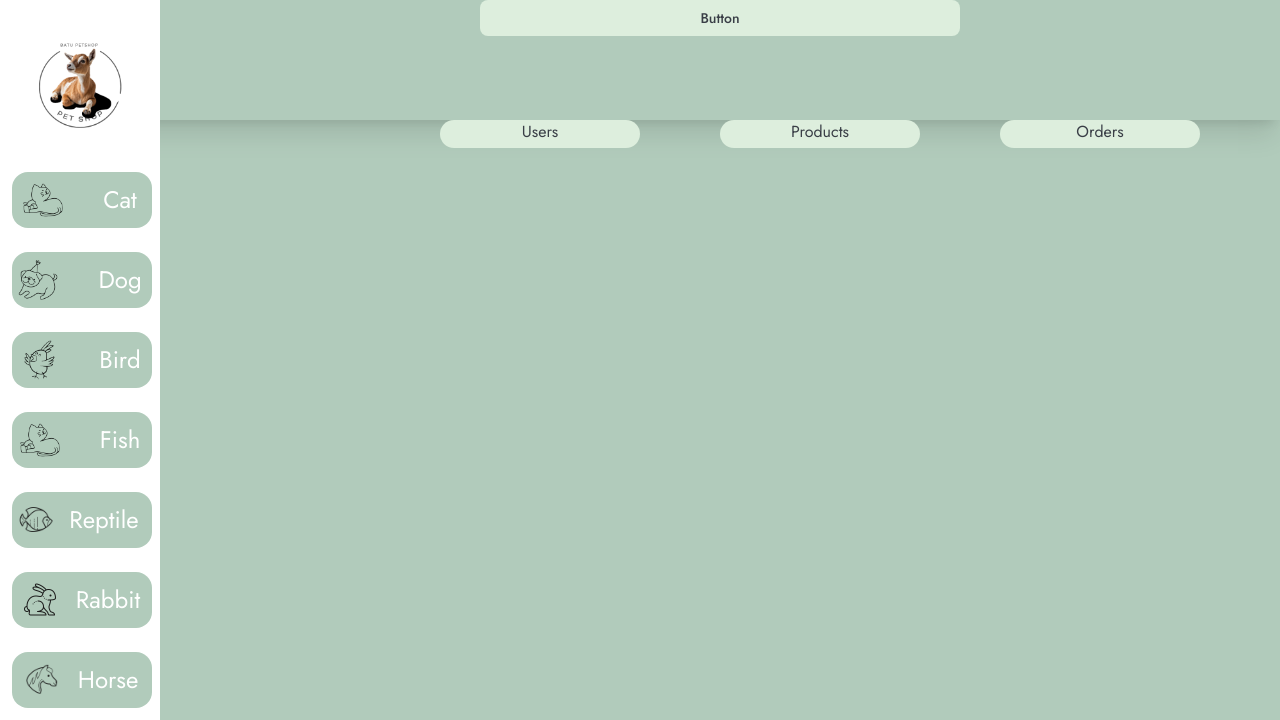
Repository: batu-call/batu-petshop
Page: /main (app in petshopp-appAdmin/admin/)
These files come from the project's save history. The page is drawn as it stood at one moment and after the next save; the edit follows.
The browser window is 1280 px wide. The pictures show the whole page.
The project was rebuilt for these pictures with package versions that can differ from the ones it lists, and the page was loaded fresh each time. The framework's server and built-in components were replaced by stand-ins that run in the browser. Also part of the build but not shown: petshopp-appAdmin/admin/next.config.ts.

Above is the page before, as saved 2025-09-20 00:27:55.

After the next save:
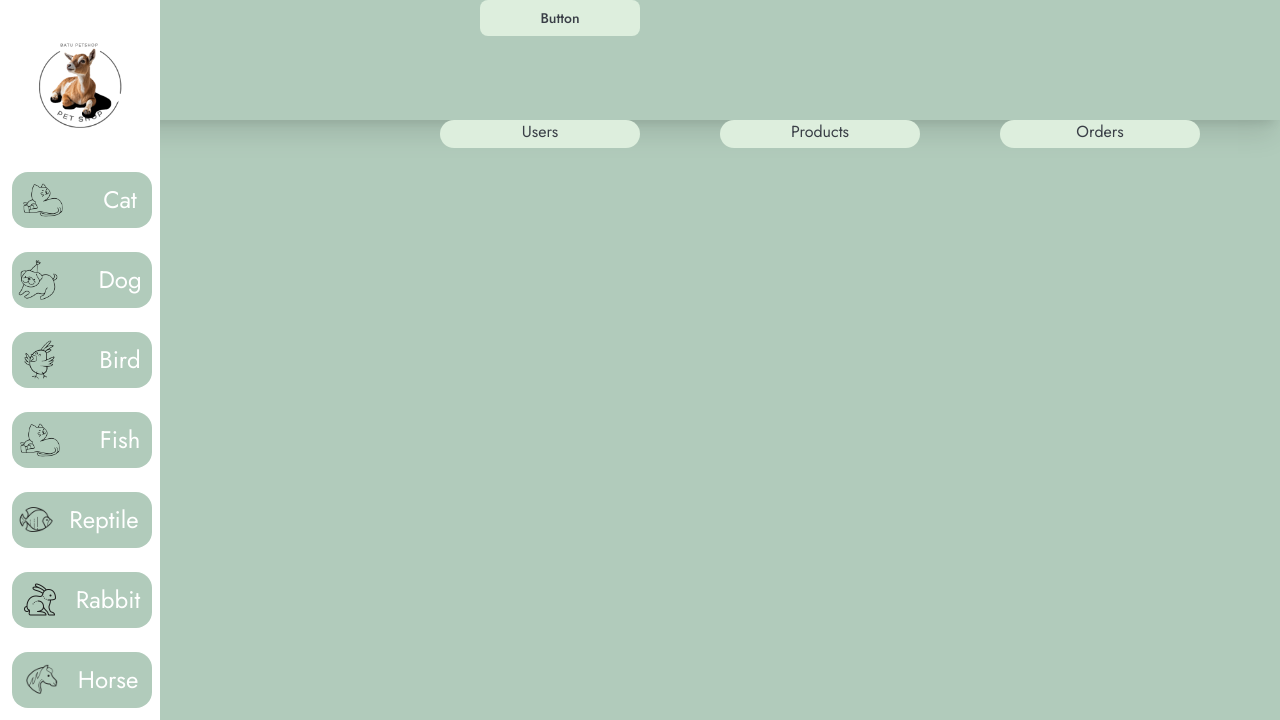
Saved 6 s later.
--- a/petshopp-appAdmin/admin/src/app/Navbar/page.tsx
+++ b/petshopp-appAdmin/admin/src/app/Navbar/page.tsx
@@ -19,7 +19,7 @@ const page = () => {
 
       {/* Button */}
       <div className='ml-120'>
-        <Button className='absolute cursor-pointer bg-secondary text-color w-120'>Button</Button>
+        <Button className='absolute cursor-pointer bg-secondary text-color w-40'>Button</Button>
       </div>
 
       </div>
